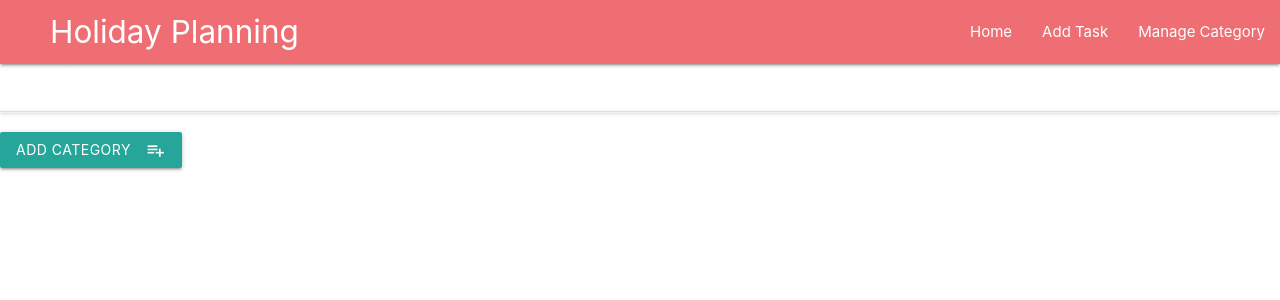
Repository: Code-Institute-Submissions/Project3-Holiday_Planning
Page: http://localhost/get_category
The author's editor kept a record of every edit. The page is drawn from the files as they stood at one moment, then again after the next edit.
The browser window is 1280 px wide. The pictures show the whole page.
Some web libraries are served in a nearby version. The page is served by the project's application, run on Flask 3 (app.py). Queries for data that is not in the repository find no rows.

Above is the page before.

### templates/category.html
{% extends 'layout.html' %} {% block content %}

<div class="add_category">
      <div class='row'>
          <div class='col'><h5>Category</h5></div>
      </div>
</div>


<div class="row">

    <ul class="collapsible ul_style data-collapsible=accordion content_container">

    {% for category in category %}
    <li>

        <div class="collapsible-header">
              <div class = "category_side"></div>
              <a href="{{url_for('edit_category', category_id=category._id)}}" class="waves-effect waves-light btn blue-grey">Edit</a>
              <div class="divider"></div>
              <a href="{{url_for('delete_category', category_id=category._id)}}" class="waves-effect waves-light btn grey">Delete</a>

              <div class="task_header col s9">
                <strong>{{category.category_name}}</strong>
              </div>

        </div>
    </li>
    {% endfor %}

  </ul>

</div>


<div class="row">
    <a href="{{url_for('add_category')}}" class="waves-effect waves-light btn"><i class="material-icons right">playlist_add</i>Add Category</a>
</div>


{% endblock %}

### templates/layout.html
<!DOCTYPE html>
<html>

<head>
        <link href="https://fonts.googleapis.com/icon?family=Material+Icons" rel="stylesheet">
        <link rel="stylesheet" href="https://cdnjs.cloudflare.com/ajax/libs/materialize/1.0.0/css/materialize.min.css">
        <link rel="stylesheet" href="{{url_for('static', filename='css/style.css')}}" type="text/css"/>
</head>


<body>
    <header>
        <nav>
            <div class="nav-wrapper">
                <a href="{{url_for('get_tasks')}}" class="brand-logo">Holiday Planning</a>
                <a href="#" data-activates="mobile-demo" class="sidenav-trigger"><i class="material-icons">menu</i></a>

                <ul id="nav-mobile" class="right hide-on-med-and-down">
                    <li><a href="{{url_for('get_tasks')}}">Home</a></li>
                    <li><a href="{{url_for('add_task')}}">Add Task</a></li>
                    <li><a href="{{url_for('get_category')}}">Manage Category</a></li>
                </ul>

                <!--extended hamburger navbar added for mobile-->
                <ul class="sidenav" id="mobile-demo">

                    <li><a href="{{url_for('get_tasks')}}">Home</a></li>
                    <li><a href="{{url_for('add_task')}}">Add Task</a></li>
                    <li><a href="{{url_for('get_category')}}">Manage Category</a></li>
                </ul>
            </div>
        </nav>
    </header>

    <div>
        {% block content %} {% endblock %}
    </div>


    <!--<script src="https://cdnjs.cloudflare.com/ajax/libs/jquery/3.4.1/jquery.min.js"></script>-->
   <script <script type="text/javascript" src="https://code.jquery.com/jquery-2.1.1.min.js"></script>
    <script src="https://cdnjs.cloudflare.com/ajax/libs/materialize/1.0.0/js/materialize.min.js"></script>

    <!--to perform the collapsible, datepicker and select option function-->
    <script type="text/javascript">
        $(document).ready(function(){
            $('.collapsible').collapsible();
            $('.datepicker').datepicker({
                format:'dd/mm/yyyy'
            });
            $('select').formSelect();
            $('.sidenav').sidenav();

        });

        // $('.datepicker').pickadate({
        //     selectMonths: true, // Creates a dropdown to control month
        //     selectYears: 15, // Creates a dropdown of 15 years to control year,
        //     today: 'Today',
        //     clear: 'Clear',
        //     close: 'Ok',
        //     closeOnSelect: false // Close upon selecting a date,
        // });

        </script>


        {%block extra_js%}{%endblock%}
</body>

</html>

### app.py
import os
from flask import Flask, render_template, redirect, request, url_for
from flask_pymongo import PyMongo
from bson.objectid import ObjectId


app = Flask(__name__)
app.config["MONGO_DBNAME"] = 'holiday_planning'
app.config["MONGO_URI"] = 'mongodb+srv://root:es1234@cluster0-dio8w.mongodb.net/holiday_planning?retryWrites=true&w=majority'
mongo = PyMongo(app)


# Function to display landing page
@app.route('/')
def index():
    return render_template("tasks.html", tasks=mongo.db.tasks.find())


# T1 - Fetch data in mongodb pass it back to tasks.html
@app.route('/get_tasks')
def get_tasks():
    tasks=mongo.db.tasks.find()
    print(tasks)
    return render_template("tasks.html",
                           tasks=tasks)



# T2 & T3 - After add_task, must follow by insert_task
@app.route('/add_task')
def add_task():
    return render_template('addTask.html',
                            category=mongo.db.category.find())


@app.route('/insert_task', methods=['POST'])
def insert_task():
    tasks = mongo.db.tasks
    tasks.insert_one(request.form.to_dict())
    return redirect(url_for('get_tasks'))



# T4 & T5 - After edit_task, must follow by update_task
@app.route('/edit_task/<task_id>')
def edit_task(task_id):
    the_task =  mongo.db.tasks.find_one({"_id": ObjectId(task_id)})
    all_category =  mongo.db.category.find()
    return render_template('editTask.html', task=the_task,
                           category=all_category)


@app.route('/update_task/<task_id>', methods=["POST"])
def update_task(task_id):
    tasks = mongo.db.tasks
    tasks.update( {'_id': ObjectId(task_id)},
    {
        'category_name':request.form.get('category_name'),
        'task_name':request.form.get('task_name'),
        'task_description': request.form.get('task_description'),
        'person_in-charge': request.form.get('person_in-charge'),
        'website': request.form.get('website'),
        'due_date': request.form.get('due_date'),
        'is_urgent':request.form.get('is_urgent')
    })
    return redirect(url_for('get_tasks'))


# T6 - Delete task from the get_tasks page
@app.route('/delete_task/<task_id>')
def delete_task(task_id):
    mongo.db.tasks.remove({'_id': ObjectId(task_id)})
    return redirect(url_for('get_tasks'))



# CATEGORY

# C1 - Function to fetch all our data in mongodb pass it back to category.html
@app.route('/get_category')
def get_category():
    return render_template("category.html",
                            category=mongo.db.category.find())



# C2 & C3 - After add_category, must follow by insert_category
@app.route('/add_category')
def add_category():
    return render_template('addCategory.html')


@app.route('/insert_category', methods=['POST'])
def insert_category():
    category_doc = {'category_name': request.form.get('category_name')}
    mongo.db.category.insert_one(category_doc)
    return redirect(url_for('get_category'))



# C4 & C5 - After edit_category, must follow by update_category
@app.route('/edit_category/<category_id>')
def edit_category(category_id):
    return render_template('editCategory.html',
    category=mongo.db.category.find_one({'_id': ObjectId(category_id)}))


@app.route('/update_category/<category_id>', methods=['POST'])
def update_category(category_id):
    mongo.db.category.update(
        {'_id': ObjectId(category_id)},
        {'category_name': request.form.get('category_name')})
    return redirect(url_for('get_category'))



# C6 - Delete category from the Manage Category page
@app.route('/delete_category/<category_id>')
def delete_category(category_id):
    mongo.db.category.remove({'_id': ObjectId(category_id)})
    return redirect(url_for('get_category'))



# Boiler plate - must include at the end of app.py
if __name__ == '__main__':
    app.run(host=os.environ.get('IP'),
            port=int(os.environ.get('PORT')),
            debug=True)

### static/css/style.css
/*tasks.html*/

.all_task_navi{
    margin-bottom: 0px;
}


.allTask,
.addTask,
.category{
    /*color: white;*/
    height:50px;
    background-color: #f5a3a7;
    vertical-align: baseline;
    padding-top: 10px;
    margin-bottom: 0px;
    padding-bottom: 50px;
}



/*category*/
.ul_style {
   margin: 0px;
}


.btn_small {
    height: 24px;
    width: 60px;
    line-height: 24px;
    margin: 5px 100px;
    padding: 0px 100px;
}


/*Add Task Page*/
.submit_btn{
    margin-left: 200px;
}




.divider{
    width:10px;
    border:none;

}


.task_name{
   padding: 50px 0px 0px 0px;
}


.nav-wrapper,
h5{
    margin: 0px;
    padding:0px 0px 0px 50px;
    color: white;
}

After the next edit:
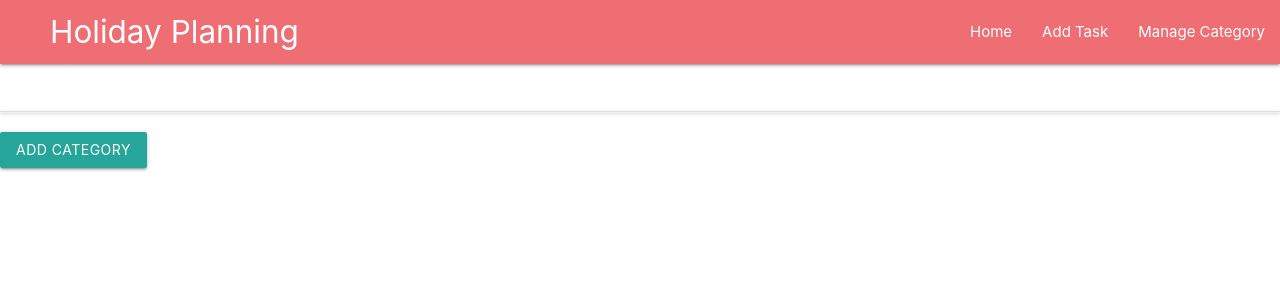
The edit:
--- a/templates/category.html
+++ b/templates/category.html
@@ -34,7 +34,8 @@
 
 
 <div class="row">
-    <a href="{{url_for('add_category')}}" class="waves-effect waves-light btn"><i class="material-icons right">playlist_add</i>Add Category</a>
+    <div class="button_margin"></div>
+    <a href="{{url_for('add_category')}}" class="waves-effect waves-light btn">Add Category</a>
 </div>
 
 
